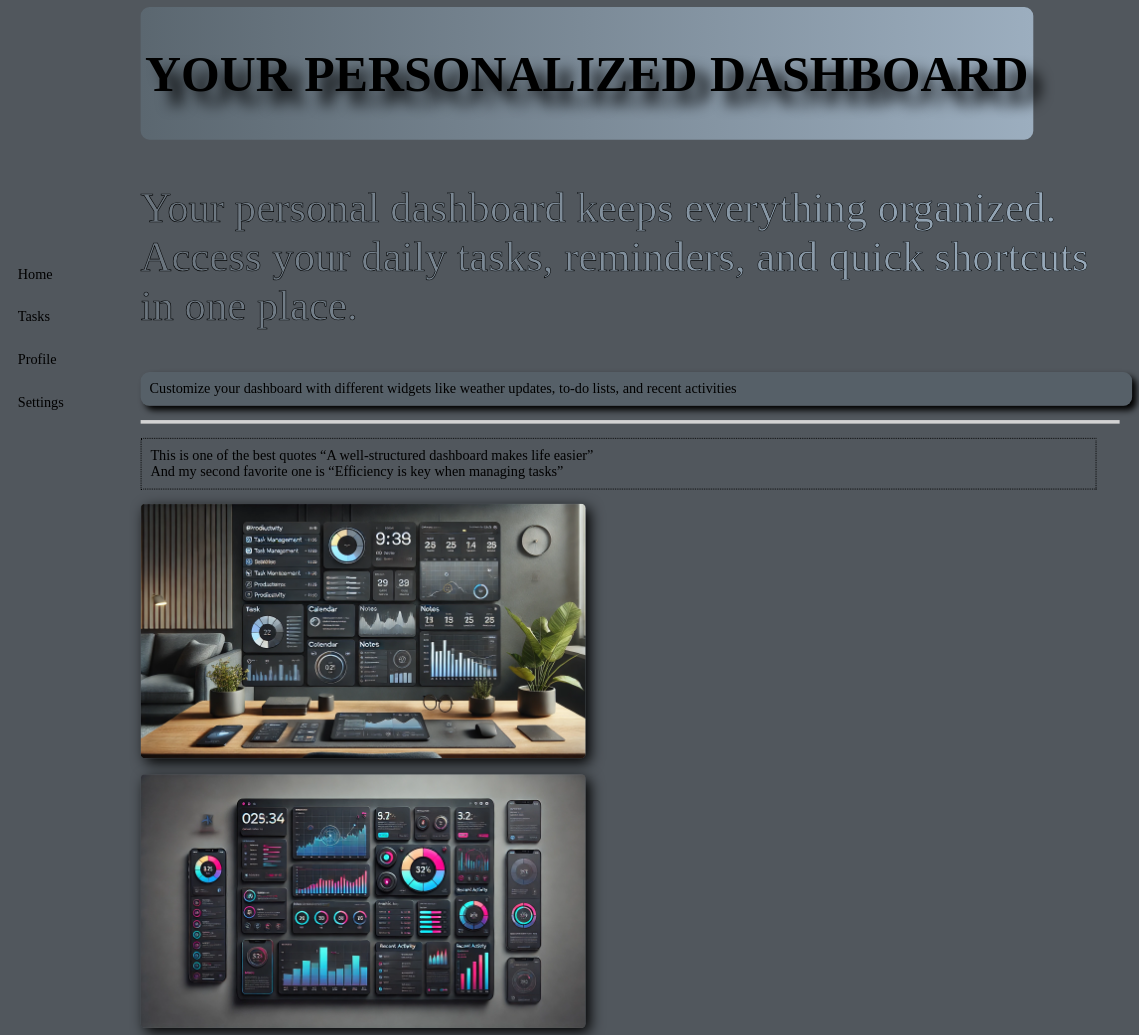
Repository: Parnicoza/testecomplete
Page: testcomplet-14.html
An editor plug-in stored every save of this project. The page is shown before and after the next save, followed by the edit.
The browser window is 1280 px wide. The pictures show the whole page, at 89% of full size.

Above is the page before, as saved 2025-02-26 15:27:47.

### testcomplet-14.html
<!DOCTYPE html>
<html lang="en">

<head>
    <title>Personal Dashboard</title>
    <link rel="stylesheet" href="stilizaretestcomplet-14.css">
    <link rel="icon" href="imaginitestecomplete/dashboard.ico">
</head>

<body>
    <div class="background-for-the-heading">
        <h1 class="main-heading">Your Personalized Dashboard</h1>
    </div>

    <p class="paragraph-gradient">Your personal dashboard keeps everything organized. Access your daily tasks,
        reminders, and quick shortcuts in one place.</p>

    <p class="semi-transparent-background">Customize your dashboard with different widgets like weather updates,
        to-do lists, and recent activities</p>

    <hr class="divider">

    <blockquote class="quote">
        This is one of the best quotes <q>A well-structured dashboard makes life easier</q> <br>
        And my second favorite one is <q>Efficiency is key when managing tasks</q>
    </blockquote>

    <img src="imaginitestecomplete/productivity.jpg" alt="productivity image" width="500 px" class="image" title="Productivity image">

    <picture class="picture">
        <source media="(min-width: 800px)" srcset="imaginitestecomsplete/dashboard.jpg">
        <source media="(min-width: 600px)" srcset="imaginitestecomplete/dashboardfortablets.jpg">
        <source media="(min-width: 400px)" srcset="imaginitestecomplete/dashboardformobile.jpg">
        <img src="imaginitestecomplete/dashboardfallback.jpg" alt="dashboard image" width="500 px" class="image"  title="Dashboard image">
    </picture>

    <div class="Dashboard">
        <div class="sidebar">
            <ul class="list">
                <li>Home</li>
                <li>Tasks</li>
                <li>Profile</li>
                <li>Settings</li>
            </ul>
        </div>
    </div>
</body>

</html>

### stilizaretestcomplet-14.css
body{
    background-color:#51575D;
}

.main-heading{
    text-align: center;
    text-transform: uppercase;
    text-shadow: 15px 15px 15px black;
    font-size: 3.5em;
    color: black;
}

.background-for-the-heading{
    background: linear-gradient(to right, #5B6770, #9CAEBF);
    width: fit-content;
    margin: auto;
    padding: 5px;
    border-radius: 10px;
    margin-left: 150px;
}

.paragraph-gradient{
    background: linear-gradient(to right, #6A747D, #9BAEBF);
    background-clip: text;
    color: transparent;
    font-size: 3em;
    margin-left: 150px;
    -webkit-text-stroke: 0.7px black;
}

.semi-transparent-background{
    background-color: rgba(91, 103, 112, 0.6);
    box-shadow: 5px 5px 7px black;
    border-radius: 10px;
    padding: 10px;
    color: black;
    margin-left: 150px;
}
.quote{
    border: 1px dotted black;
    padding: 10px;
    margin-left: 150px;
}

.divider{
    border: none;
    height: 4px;
    background-color: lightgray;
    border: 3pz dotted black;
    margin: 14px;
    margin-left: 150px;
}

.image{
    border-radius: 5px;
    box-shadow: 5px 5px 15px black;
    display: block;
    margin: 0 auto;
    margin-left: 150px;
}

.picture{
    margin-left: 150px;
}

.Dashboard{
    display: flex;
}

.sidebar{
    display: flex;
    flex-direction: column;
   width: 250px;
   position: fixed;
   left: 0;
   top: 0;
   height: 100vh;
   justify-content: center;
   margin: 20px;
   ba
}

.list{
    list-style-type: none;
    display: flex;
    flex-direction: column;
    gap: 30px;
    padding: 0;
}

.container{
    margin-left: 150px;
}

After the next save:
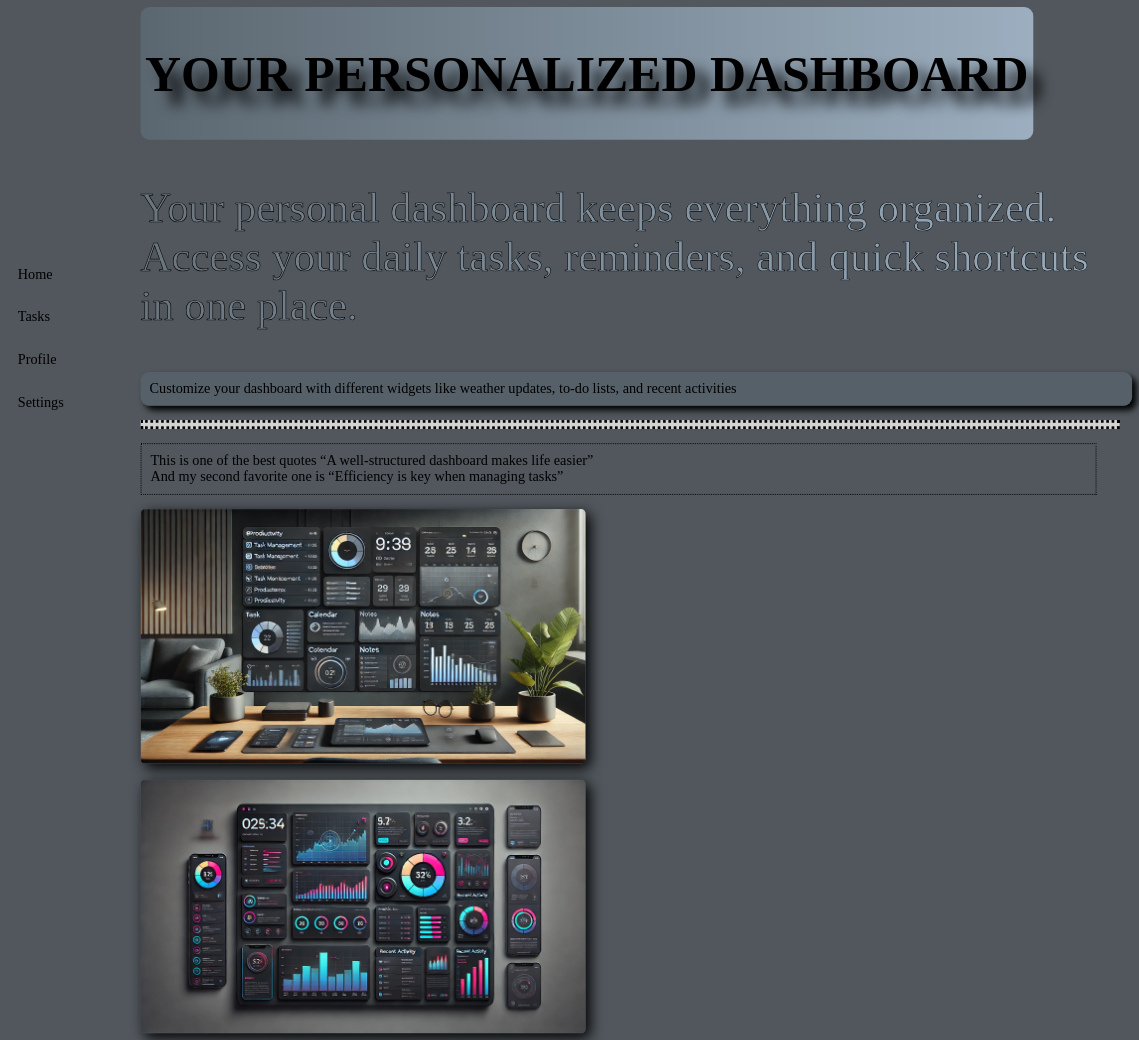
Saved 4 min 54 s later.
--- a/stilizaretestcomplet-14.css
+++ b/stilizaretestcomplet-14.css
@@ -46,7 +46,7 @@ body{
     border: none;
     height: 4px;
     background-color: lightgray;
-    border: 3pz dotted black;
+    border: 3px dotted black;
     margin: 14px;
     margin-left: 150px;
 }
@@ -77,7 +77,6 @@ body{
    height: 100vh;
    justify-content: center;
    margin: 20px;
-   ba
 }
 
 .list{
